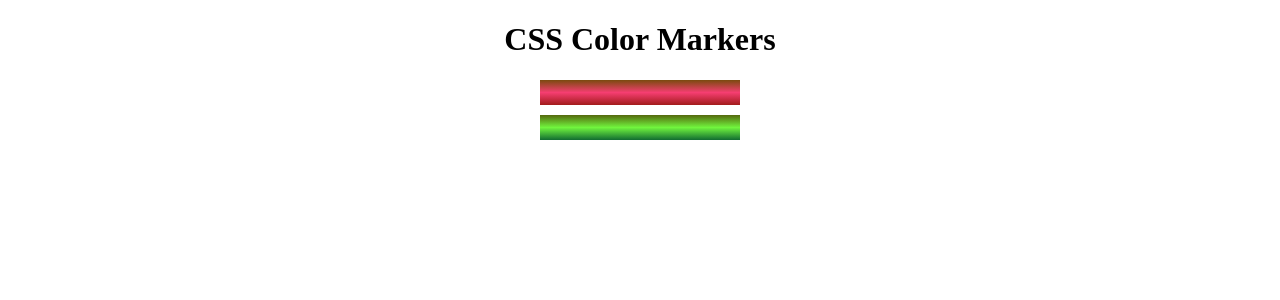
Repository: AimenDje/ColoredMarkers
Page: index.html
These files come from the project's save history. The page is drawn as it stood at one moment and after the next save; the edit follows.
The browser window is 1280 px wide. The pictures show the whole page.

Above is the page before, as saved 2025-05-09 01:53:57.

### index.html
<!DOCTYPE html>
<html lang="en">
    <head>
        <meta charset="utf-8">
        <meta name="viewport" content="width=device-width, initial-scale=1.0">
        <link rel="stylesheet" href="styles.css">
        <title>Colored Markers</title>
    </head>
    <body>
        <h1>CSS Color Markers</h1>
        <div class="container">
            <div class="marker red">
            </div>
            <div class="marker green">
            </div>
            <div class="marker blue">
            </div>
        </div>
      </body>
</html>

### styles.css
h1 {
    text-align:center;
}

.marker {
    width: 200px;
    height: 25px;
    margin: 10px auto;
  }

.red {
  background: linear-gradient( rgb(122, 74, 14), rgb(245, 62, 113), rgb(162, 27, 27));
}

.green {
  background: linear-gradient( #55680D, #71F53E, #116C31);
}

.blue {
  background:linear-gradient( hsl(186, 76%, 16%));
}

After the next save:
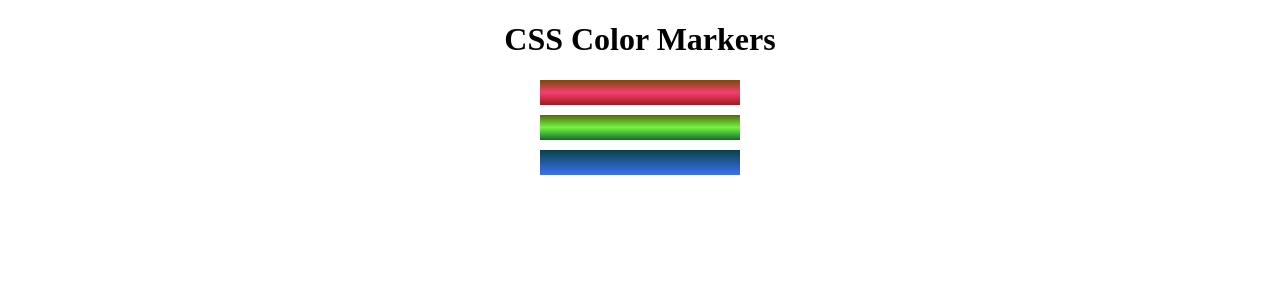
Saved 108 s later.
--- a/styles.css
+++ b/styles.css
@@ -17,5 +17,5 @@
 }
 
 .blue {
-  background:linear-gradient( hsl(186, 76%, 16%));
+  background: linear-gradient(hsl(186, 76%, 16%), hsl(223, 90%, 60%))
 }
